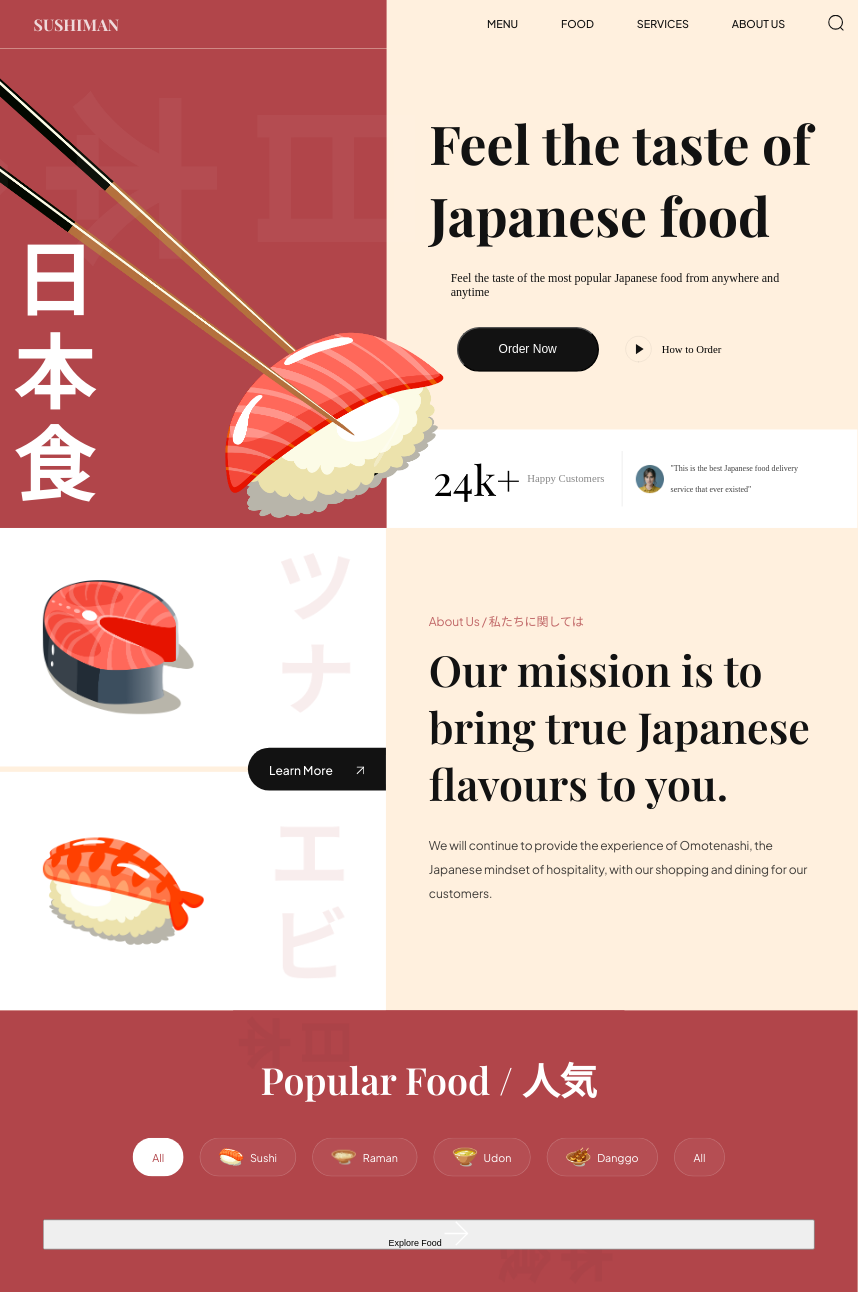
Repository: echoyol/sushiWebsite
Page: index.html
An editor plug-in stored every save of this project. The page is shown before and after the next save, followed by the edit.
The browser window is 1280 px wide. The pictures show the whole page, at 67% of full size.

Above is the page before, as saved 2023-06-04 20:17:18.

After the next save:
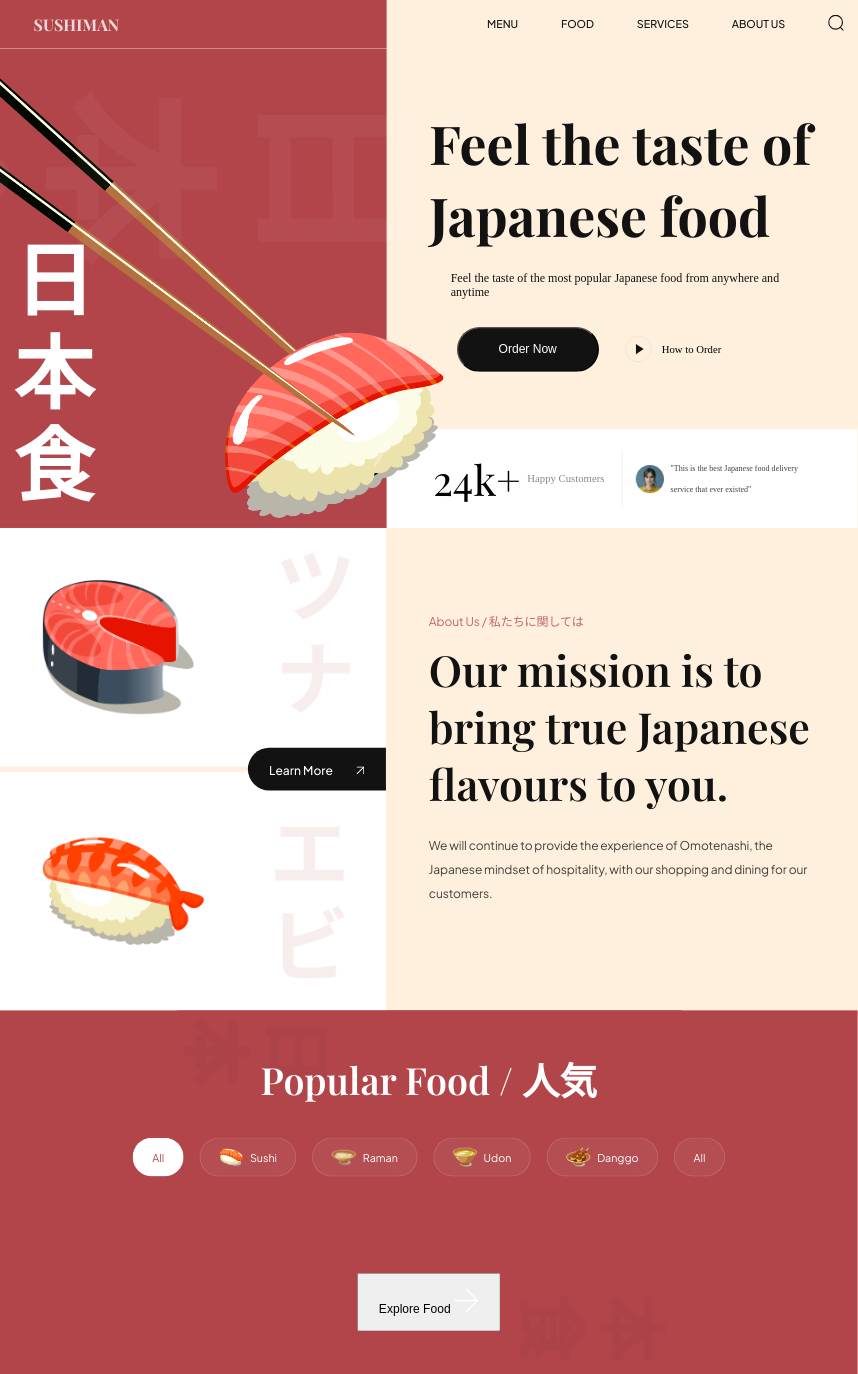
Saved 13 s later.
--- a/css/sections/popular.css
+++ b/css/sections/popular.css
@@ -78,7 +78,7 @@
   gap: 56px;
 }
 
-.popular-foods__buttom {
+.popular-foods__button {
   width: fit-content;
 
   padding: 20px 30px;
